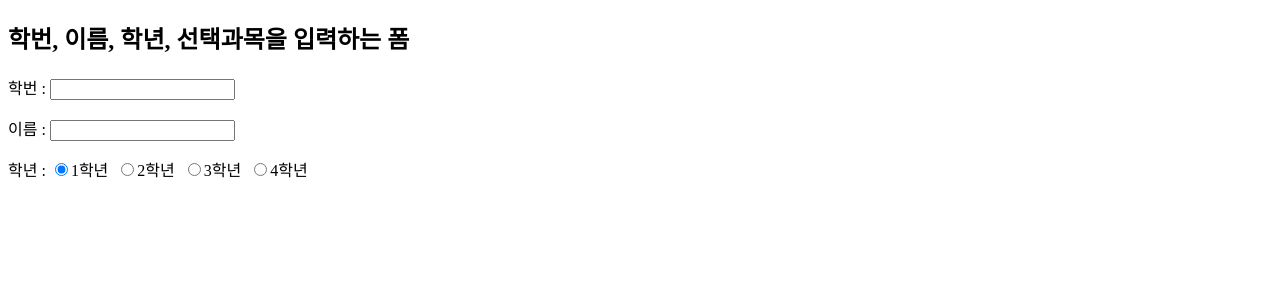
Repository: matodale/StudyJSP
Page: http://localhost/StudyJSP/ch07/requestTestForm.jsp
These files come from the project's save history. The page is drawn as it stood at one moment and after the next save; the edit follows.
The browser window is 1280 px wide. The pictures show the whole page.
The page is served by Tomcat 9. Other server files are loaded and not shown.

Above is the page before, as saved 2022-12-21 08:48:24.

### StudyJSP/src/main/webapp/ch07/requestTestForm.jsp
<%@ page language="java" contentType="text/html; charset=UTF-8"
    pageEncoding="UTF-8"%>
<!DOCTYPE html>
<html>
<head>
<meta charset="UTF-8">
<title>Request 내장 객체 예제</title>
</head>
<body>
<h2>학번, 이름, 학년, 선택과목을 입력하는 폼</h2>
<form method="post" action="requestTestPro.jsp">
<p>학번 : <input type="text" name="num"></p>
<p>이름 : <input type="text" name="name"></p>
<p>학년 : <input type="radio" name="grade" value="1" checked>1학년&nbsp;
<input type="radio" name="grade" value="2">2학년&nbsp;
<input type="radio" name="grade" value="3">3학년&nbsp;
<input type="radio" name="grade" value="4">4학년<br>

</form>
</body>
</html>

After the next save:
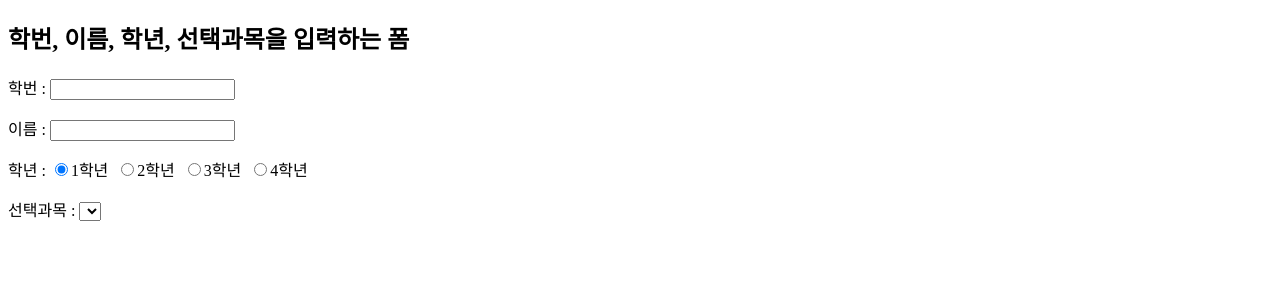
Saved 46 s later.
--- a/StudyJSP/src/main/webapp/ch07/requestTestForm.jsp
+++ b/StudyJSP/src/main/webapp/ch07/requestTestForm.jsp
@@ -15,6 +15,10 @@
 <input type="radio" name="grade" value="2">2학년&nbsp;
 <input type="radio" name="grade" value="3">3학년&nbsp;
 <input type="radio" name="grade" value="4">4학년<br>
+</p>
+<p>선택과목 :
+<select name="subject"></select>
+</p>
 
 </form>
 </body>
